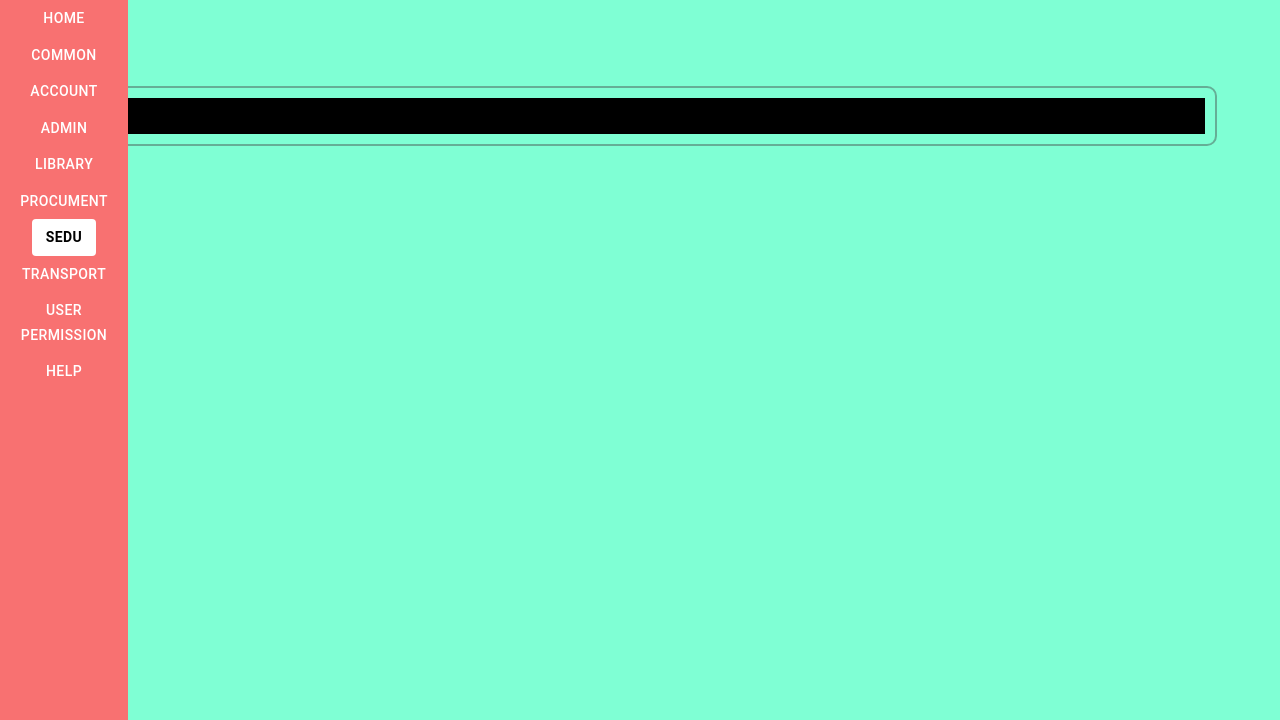
Repository: virangaj/NIFS-WebApp
Page: /sedu/venue-master (app in client/)
The author's editor kept a copy of each file at every save. The page is drawn from the files as they stood at one save, then again after the next save.
The browser window is 1280 px wide. The pictures show the whole page.
The project was rebuilt for these pictures with package versions that can differ from the ones it lists, and the page was loaded fresh each time. Also part of the build but not shown: client/src/pages/Login.tsx, client/src/pages/Home.tsx, client/src/components/Transport/shared/TransportNavbar.js, client/src/pages/TransportMainPage.tsx, client/src/pages/CommonMainPage.tsx, client/src/pages/AccountMainPage.tsx, client/src/pages/AdminMainPage.tsx, client/src/pages/LibraryMainPage.js and 14 more.

Above is the page before, as saved 2022-07-30 22:12:21.

After the next save:
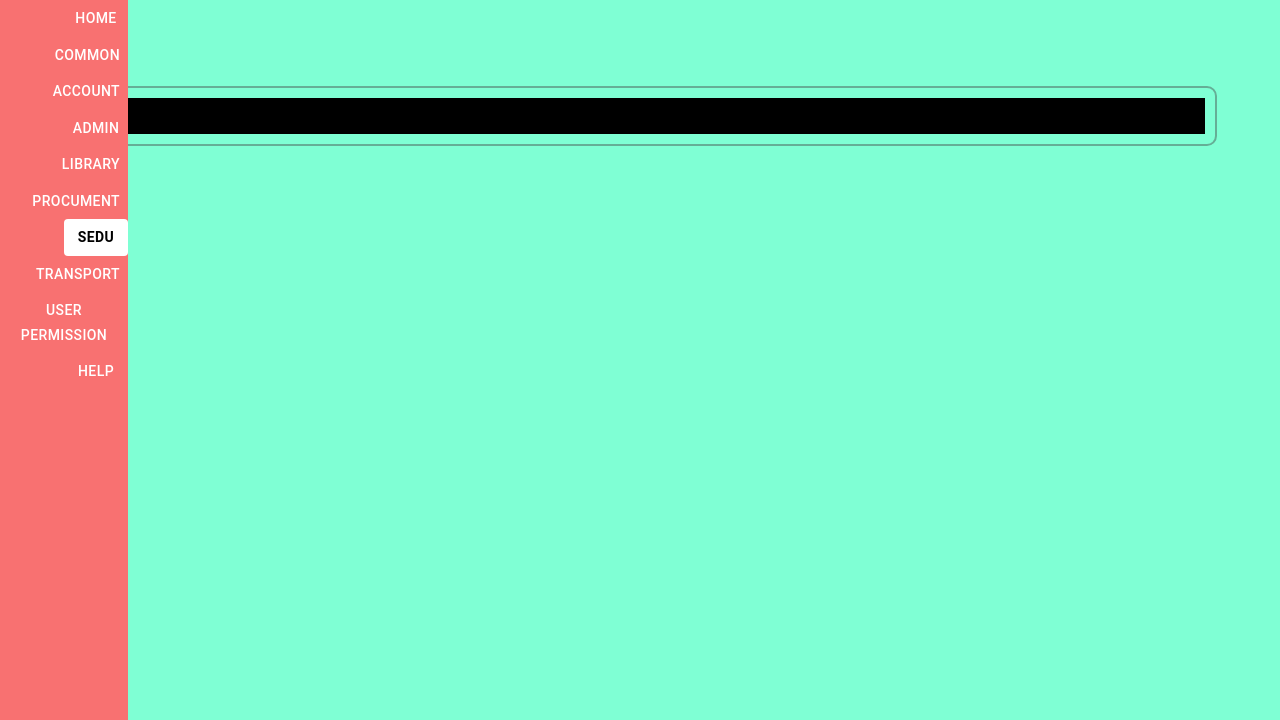
Saved 46 s later.
--- a/client/src/components/shared/VerticalMainNavbar.tsx
+++ b/client/src/components/shared/VerticalMainNavbar.tsx
@@ -11,7 +11,7 @@ function VerticalMainNavbar() {
 
     return (
         <div className='fixed left-0 top-0'>
-            <div className='bg-red-400 h-[100vh] w-32 flex flex-col items-center'>
+            <div className='bg-red-400 h-[100vh] w-32 flex flex-col items-end'>
                 {Pages.map((page, index) => (
                     location.pathname.split('/')[1] === page.link.split('/')[1] ?
                         <Link to={page.link} style={{ textDecoration: 'none' }} key={index}>

After the save that followed:
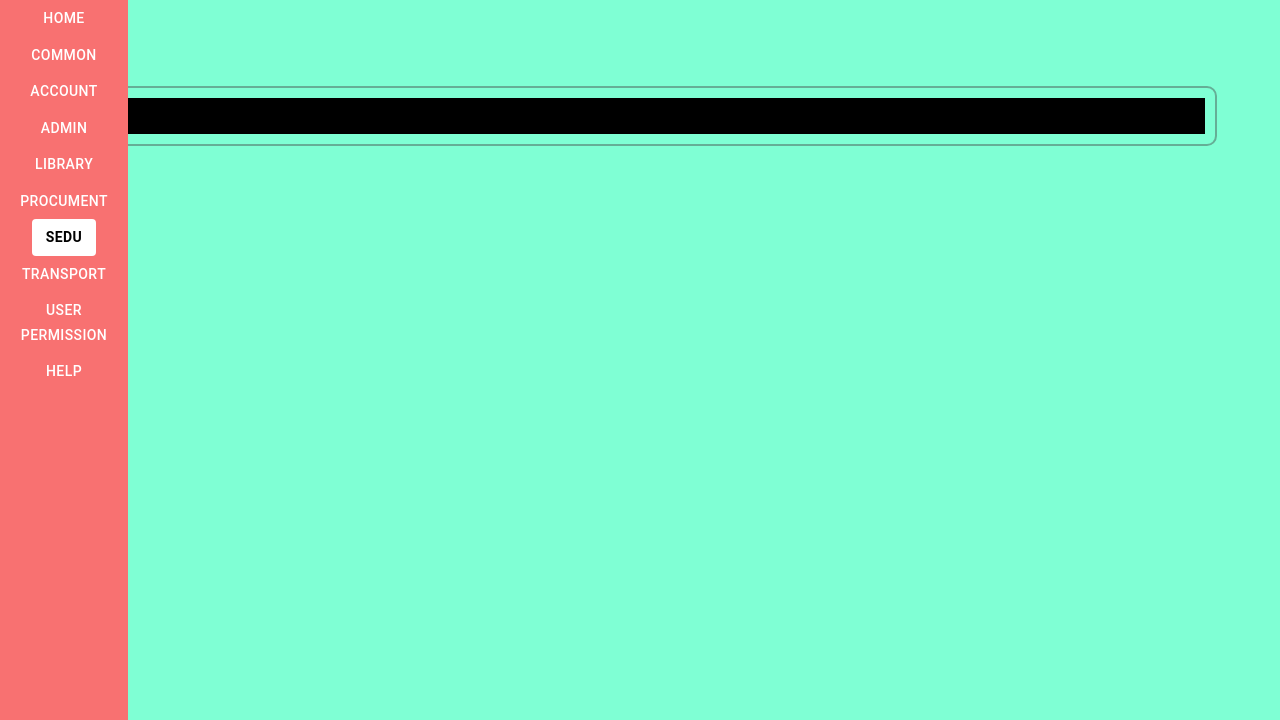
Saved 4 s later.
--- a/client/src/components/shared/VerticalMainNavbar.tsx
+++ b/client/src/components/shared/VerticalMainNavbar.tsx
@@ -11,7 +11,7 @@ function VerticalMainNavbar() {
 
     return (
         <div className='fixed left-0 top-0'>
-            <div className='bg-red-400 h-[100vh] w-32 flex flex-col items-end'>
+            <div className='bg-red-400 h-[100vh] w-32 flex flex-col items-center'>
                 {Pages.map((page, index) => (
                     location.pathname.split('/')[1] === page.link.split('/')[1] ?
                         <Link to={page.link} style={{ textDecoration: 'none' }} key={index}>
